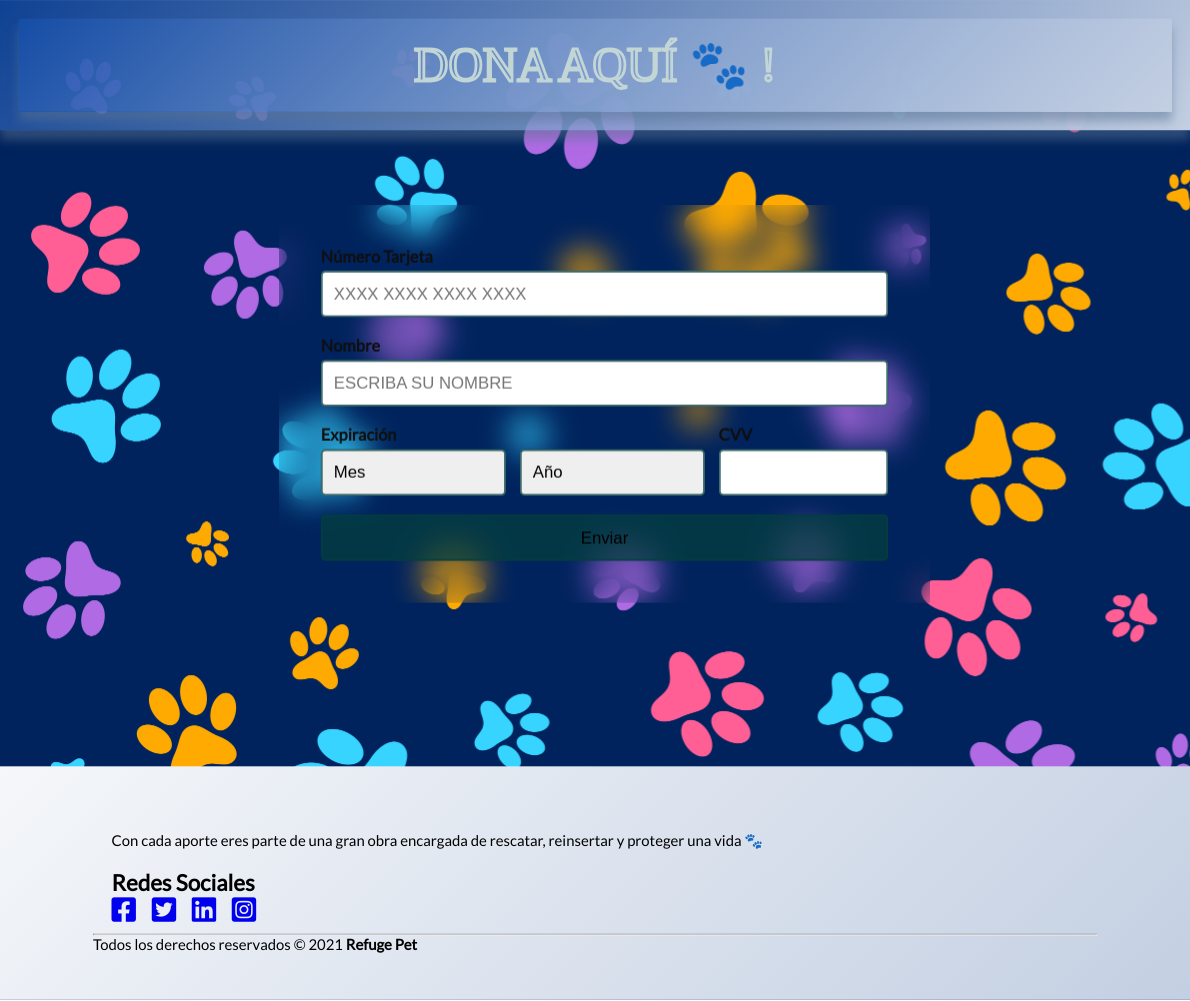
Repository: andreasvidal/SCL019-card-validation
Page: src/views/cardvalidation.html
The author's editor kept a copy of each file at every save. The page is drawn from the files as they stood at one save, then again after the next save.
The browser window is 1280 px wide. The pictures show the whole page, at 93% of full size.
Some web fonts or font styles are not loaded; a fallback is used. Some web libraries are served in a nearby version.

Above is the page before, as saved 2022-04-13 10:00:31.

### src/views/cardvalidation.html
<!DOCTYPE html>
<html lang="en">

<head>
    <meta charset="UTF-8" />
    <meta http-equiv="X-UA-Compatible" content="IE=edge" />
    <meta name="viewport" content="width=device-width, initial-scale=1.0" />
    <link rel="preconnect" href="https://fonts.googleapis.com" />
    <link rel="preconnect" href="https://fonts.gstatic.com" crossorigin />
    <link href="https://fonts.googleapis.com/css2?family=Lato:ital,wght@0,400;1,700&display=swap" rel="stylesheet" />
    <link rel="preconnect" href="https://fonts.googleapis.com" />
    <link rel="preconnect" href="https://fonts.gstatic.com" crossorigin />
    <link href="https://fonts.googleapis.com/css2?family=Hurricane&family=Lato:ital,wght@1,700&display=swap" rel="stylesheet" />
    <link rel="stylesheet" href="https://use.fontawesome.com/releases/v5.8.1/css/all.css" integrity="sha384-50oBUHEmvpQ+1lW4y57PTFmhCaXp0ML5d60M1M7uH2+nqUivzIebhndOJK28anvf" crossorigin="anonymous" />
    <link rel="stylesheet" href="../css/formstyle.css" />
    <link rel="stylesheet" href="../css/style.css" />
    <title>Formulario</title>
</head>

<!--contenido principal formulario-->

<body>
    <div class="subtitle">
        <p class="subtitle">DONA AQUÍ 🐾 !</p>
    </div>
    <form id="formValidation" class="form-validation">
        <div class="bg-blur">
            <div class="data-card" id="dataForm">
                <label for="inputNumber">Número Tarjeta</label>
                <input type="text" id="inputNumber" name="number" maxlength="16" autocomplete="off" pattern="[0-9]+" placeholder="XXXX XXXX XXXX XXXX" required />
                <h5 id="print"></h5>
            </div>
            <div class="data-card">
                <label for="inputNameUser">Nombre </label>
                <input type="text" id="inputNameUser" name="nameUser" placeholder="Escriba su nombre" required />
                <h5 id="print"></h5>
            </div>
            <!--datos expiración tarjeta-->
            <div class="flexbox">
                <div class="data-card expider-date">
                    <label for="monthSelect">Expiración</label>
                    <div class="flexbox">
                        <div class="data-card-select">
                            <select name="monthSelect" id="monthSelect" required>
                <option disabled selected>Mes</option>
                <option value="1">1</option>
                <option value="2">2</option>
                <option value="3">3</option>
                <option value="4">4</option>
                <option value="5">5</option>
                <option value="6">6</option>
                <option value="7">7</option>
                <option value="8">8</option>
                <option value="9">9</option>
                <option value="10">10</option>
                <option value="11">11</option>
                <option value="12">12</option>
              </select>
                        </div>
                        <div class="data-card-select">
                            <select name="yearSelect" id="yearSelect" required>
                <option disabled selected>Año</option>
                <option value="2">2014</option>
                <option value="5">2015</option>
                <option value="6">2016</option>
                <option value="7">2017</option>
                <option value="8">2018</option>
                <option value="9">2019</option>
                <option value="10">2020</option>
                <option value="11">2021</option>
                <option value="12">2022</option>
              </select>
                        </div>
                    </div>
                </div>
                <div class="data-card ccv">
                    <label for="inputCcv">CVV</label>
                    <input type="text" id="inputCcv" name="inputCcv" maxlength="3" required />
                </div>
            </div>
            <button type="submit" value="sendForm" class="btn-send" id="sendForm">
        Enviar
      </button>
        </div>
    </form>
    <footer>
        <div class="container__footer">
            <div class="box__footer">
                <div class="terms">
                    <p>
                        Con cada aporte eres parte de una gran obra encargada de rescatar, reinsertar y proteger una vida 🐾
                    </p>
                </div>
            </div>
            <div class="box__footer">
                <h2>Redes Sociales</h2>
                <a href="#"> <i class="fab fa-facebook-square"></i></a>
                <a href="#"><i class="fab fa-twitter-square"></i></a>
                <a href="#"><i class="fab fa-linkedin"></i></a>
                <a href="#"><i class="fab fa-instagram-square"></i></a>
            </div>
        </div>
        <div class="box__copyright">
            <hr />
            <p>Todos los derechos reservados © 2021 <b>Refuge Pet</b></p>
        </div>
    </footer>
    <!-- jQuery-->
    <script src="https://ajax.googleapis.com/ajax/libs/jquery/3.6.0/jquery.min.js"></script>
    <!--materialize -->
    <!--JS-->
    <script src="../js/index.js" type="module"></script>
</body>

</html>

### src/css/formstyle.css
* {
    padding: 0;
    margin: 0;
    box-sizing: border-box;
}

body {
    font-family: 'Lato', 'sans-serif';
    background-image: url(../assets/img/fondopatas.jpg);
    background-size: cover;
    background-repeat: no-repeat;
}


/*estilos formulario validacion*/

.form-validation {
    color: beige;
    width: 100%;
    max-width: 700px;
    margin-left: 300px;
    border-radius: 10px;
    position: relative;
    top: 80px;
    z-index: 1;
}

.bg-blur {
    backdrop-filter: blur(1rem);
    width: 100%;
    padding: 45px;
}

.form-validation label {
    display: block;
    color: rgb(15, 15, 15);
    margin-bottom: 5px;
    font-size: 1.1rem;
    font-weight: 700;
}

.form-validation input,
.form-validation select,
.btn-send {
    border: 2px solid rgba(4, 63, 63, 0.753);
    font-size: 18px;
    height: 50px;
    width: 100%;
    padding: 5px 12px;
    border-radius: 5px;
}

.form-validation input:hover,
.form-validation select:hover {
    border: 2px solid rgb(23, 24, 24);
}

.form-validation input:focus,
.form-validation select:focus {
    outline: rgb(173, 182, 182);
    box-shadow: 0 8px 8px 0 rgba(32, 38, 46, 0.3);
}

.form-validation input {
    margin-bottom: 20px;
    text-transform: uppercase;
}

.form-validation .flexbox {
    display: flex;
    justify-content: space-between;
}

.form-validation .expider-date {
    width: 100%;
}

.form-validation .ccv {
    min-width: 10px;
}

.form-validation .data-card-select {
    width: 100%;
    margin-right: 15px;
    position: relative;
}

.form-validation select {
    -webkit-appearance: none;
}


/*backgrond btn enviar*/

.btn-send {
    background: rgba(4, 63, 63, 0.753);
    ;
}

.btn-send:hover {
    background-color: rgba(94, 126, 136, 0.651);
    cursor: pointer;
}

#print {
    color: rgb(38, 41, 41);
    font-size: 16px;
}


/*footer*/

.terms {
    height: 30px;
    margin-bottom: 50px;
}

footer {
    width: 100%;
    padding: 50px 100px;
    margin-top: 20%;
    background-size: cover;
    /*background: rgb(58, 89, 180);*/
    background-image: linear-gradient(135deg, #f5f7fa 0%, #c3cfe2 100%);
}

.box__footer {
    padding: 20px;
    height: 10px;
}

.fab {
    padding-right: 40px;
    width: 20px;
    height: 20px;
    font-size: 30px;
}

.box__copyright {
    padding-top: 50px;
}

### src/css/style.css
     * {
         padding: 0;
         margin: 0;
         box-sizing: border-box;
     }

     body {
         font-family: 'Lato', 'sans-serif';
         background-image: url(../assets/img/fondopatas.jpg);
     }
     /*estilo titulo*/

     .title-h1 {
         font-family: 'Raleway', sans-serif;
         text-decoration: underline overline wavy rgba(183, 0, 255, 0.514);
         padding: 40px 100px;
         color: rgb(74, 80, 80);
         display: flex;
         flex-direction: column;
         align-items: center;
         box-shadow: 0 10px 10px 0 rgba(90, 116, 148, 0.3);
         background-image: linear-gradient(135deg, #f5f7fa 0%, #c3cfe2 100%);
         font-size: 8vw;
     }

     .subtitle {
         font-family: 'Shadows Into Light', cursive;
         text-align: center;
         padding: 20px 20px;
         color: rgb(74, 80, 80);
         font-size: 4vw;
         -webkit-text-fill-color: transparent;
         -webkit-text-stroke: 3px rgb(195, 214, 214);
         background-image: linear-gradient(135deg, #1650adad 0%, #c3cfe2 100%);
         box-shadow: 0 10px 10px 0 rgba(90, 116, 148, 0.5);
     }

     .img-banner {
         display: flex;
         height: 500px;
         z-index: -1;
         flex-direction: row;
         margin-left: 50px;
         align-items: center;
         margin-bottom: -50px;
         border-radius: 15px;
     }
     /*contenedor tarjeta*/

     .container {
         width: 90%;
         max-width: 1000px;
         padding: 20px 60px;
         margin: auto;
         display: flex;
         /* deja los elementos en forma de columna*/
         flex-direction: column;
         /*align-items no sirve para centrar de forma vertical (se utiliza justify), se utiliza al cambiar la dirección con flex-direction*/
         align-items: center;
     }
     /*estilo tarjeta*/

     .card {
         padding-top: 30px;
         width: 100%;
         max-width: 550px;
         position: relative;
         color: rgb(37, 36, 36);
         cursor: pointer;
     }

     .card>div {
         padding: 30px;
         border-radius: 15px;
         min-height: 315px;
         display: flex;
         flex-direction: column;
         justify-content: space-between;
         box-shadow: 0 10px 10px 0 rgba(90, 116, 148, 0.822);
     }

     .style-card {
         width: 100%;
         background: url(../assets/img/background-card/bg-img-2.jpg);
         background-size: cover;
     }
     /*para mantener el espeacio de la imagen logo (contenedor vacio)*/

     .style-card .logo-card {
         text-align: right;
         min-height: 50px;
     }

     .style-card .logo-card img {
         width: 100%;
         height: 100%;
         object-fit: cover;
         max-width: 80px;
     }

     .style-card .chip-card {
         width: 100%;
         max-width: 50px;
         margin-bottom: 20px;
     }

     .style-card .form-group .card-label {
         font-size: 16px;
         color: rgb(115, 131, 131);
         margin-bottom: 5px;
     }

     .style-card .card-group .number-card,
     .style-card .card-group .name-card,
     .style-card .card-group .expider {
         /*color: rgb(74, 80, 80);*/
         font-size: 22px;
         text-transform: uppercase;
     }

     .style-card .flexbox {
         display: flex;
         justify-content: space-between;
         margin-top: 20px;
     }
     /*btn abrir formulario*/

     .btn-open {
         color: rgb(195, 214, 214);
         box-shadow: 0 10px 10px 0 rgba(90, 116, 148, 0.3);
         background: rgba(183, 0, 255, 0.514);
         width: 50px;
         height: 50px;
         margin-top: -10px;
         border-radius: 100%;
         z-index: 2;
     }

     .btn-open:hover {
         opacity: 0.50;
         -moz-opacity: .50;
         filter: alpha (opacity=50);
     }

     .btn-open {
         text-decoration: none;
         padding-top: 15px;
         text-align: center;
     }
     /*footer*/

     .terms {
         height: 30px;
         margin-bottom: 50px;
     }

     footer {
         width: 100%;
         padding: 50px 100px;
         margin-top: 20%;
         background-size: cover;
         /*background: rgb(58, 89, 180);*/
         background-image: linear-gradient(135deg, #f5f7fa 0%, #c3cfe2 100%);
         box-shadow: 0 10px 10px 0 rgba(90, 116, 148, 0.3);
     }

     .box__footer {
         padding: 20px;
         height: 10px;
     }

     .fab {
         padding-right: 40px;
         width: 20px;
         height: 20px;
         font-size: 30px;
     }

     .box__copyright {
         padding-top: 50px;
     }

### src/js/index.js
/*import validator from '../js/validator.js';

//Llamando al DOM

const btnForm = document.getElementById("sendForm");
const form = document.getElementById("#formValidation");
btnForm.addEventListener('click', function(e) {
    e.preventDefault();
    let creditCardNumber = document.getElementById('inputNumber').value;
    let maskified = validator.maskify(creditCardNumber);
    if (creditCardNumber === "") {
        return document.getElementById("print").innerHTML = "Reingrese su número de tarjeta sin espacios ni carácteres especiales";
    } else {
        return document.getElementById("print").innerHTML = "Tu tarjeta N° " + maskified + " es válida";
    }
})


// inputName solo letras, inputCcv y inputNumber  solo numeros
let inputNumber = document.getElementById('inputNumber');
let inputName = document.getElementById('inputNameUser');
let inputCcv = document.getElementById('inputCcv');

const onlyNum = /[^0-9]/g;
const onlypLet = /[^a-zA-ZÑñáéíóúÁÉÍÓÚ\s]*$/g;
inputNumber.addEventListener('input', function() {
    inputNumber.value = inputNumber.value.replace(onlyNum, '');
});
inputName.addEventListener('input', function() {
    inputName.value = inputName.value.replace(onlypLet, '');
});
inputCcv.addEventListener('input', function() {
    inputCcv.value = inputCcv.value.replace(onlyNum, '');
});

// mes y años
for (let i = 1; i <= 12; i++) {
    let optionDate = document.createElement('option');
    optionDate.value = i;
    optionDate.innerText = i;
    form.monthSelect.appendChild(optionDate);
}

// * Select del año generado dinamicamente.
const yearActual = new Date().getFullYear();
for (let i = yearActual; i <= yearActual + 8; i++) {
    let optionDate = document.createElement('option');
    optionDate.value = i;
    optionDate.innerText = i;
    optionDate.selectYear.appendChild(optionDate);
}*/

After the next save:
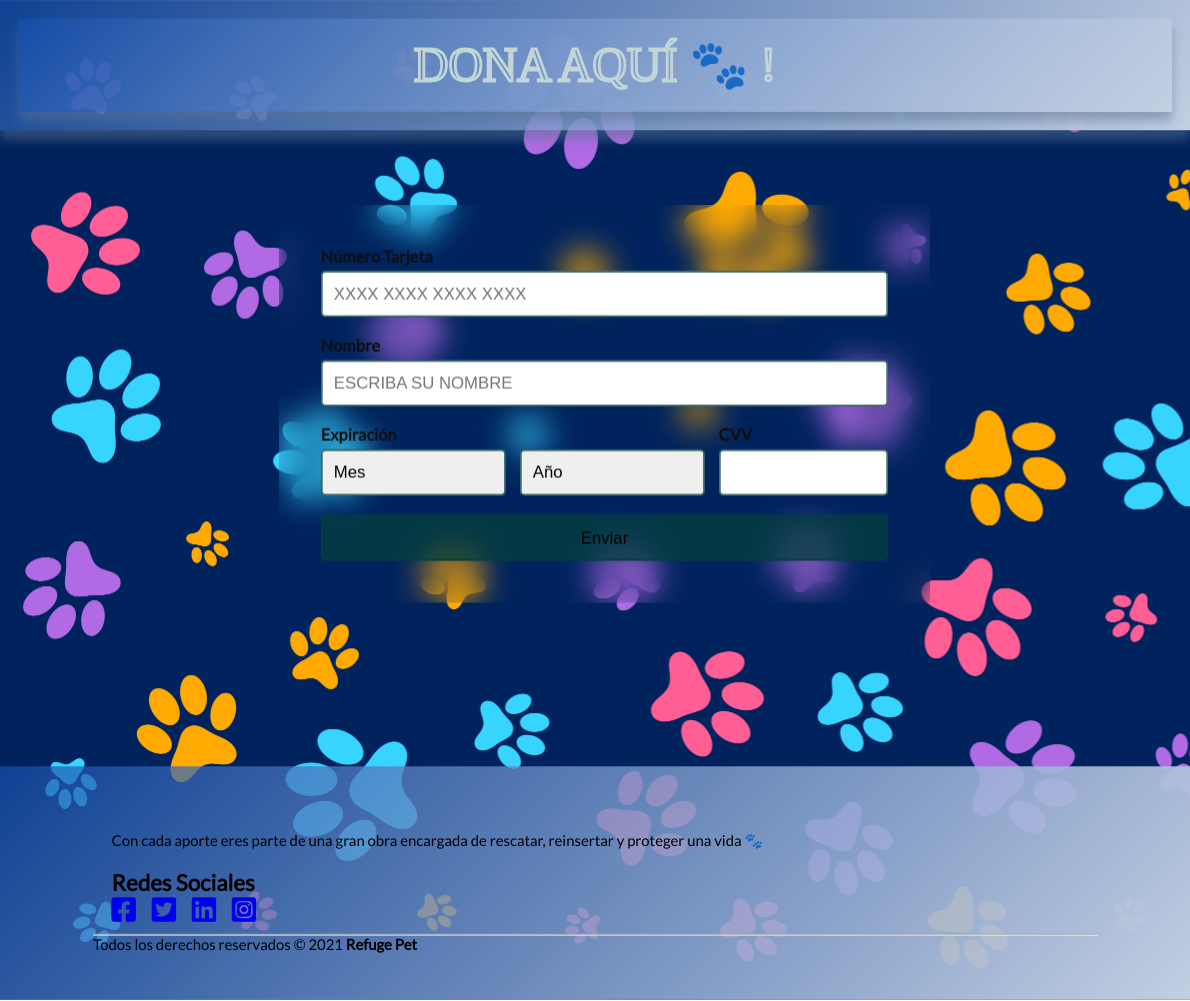
Saved 30 s later.
--- a/src/css/style.css
+++ b/src/css/style.css
@@ -160,7 +160,7 @@
          margin-top: 20%;
          background-size: cover;
          /*background: rgb(58, 89, 180);*/
-         background-image: linear-gradient(135deg, #f5f7fa 0%, #c3cfe2 100%);
+         background-image: linear-gradient(135deg, #1650adad 0%, #c3cfe2 100%);
          box-shadow: 0 10px 10px 0 rgba(90, 116, 148, 0.3);
      }
 
